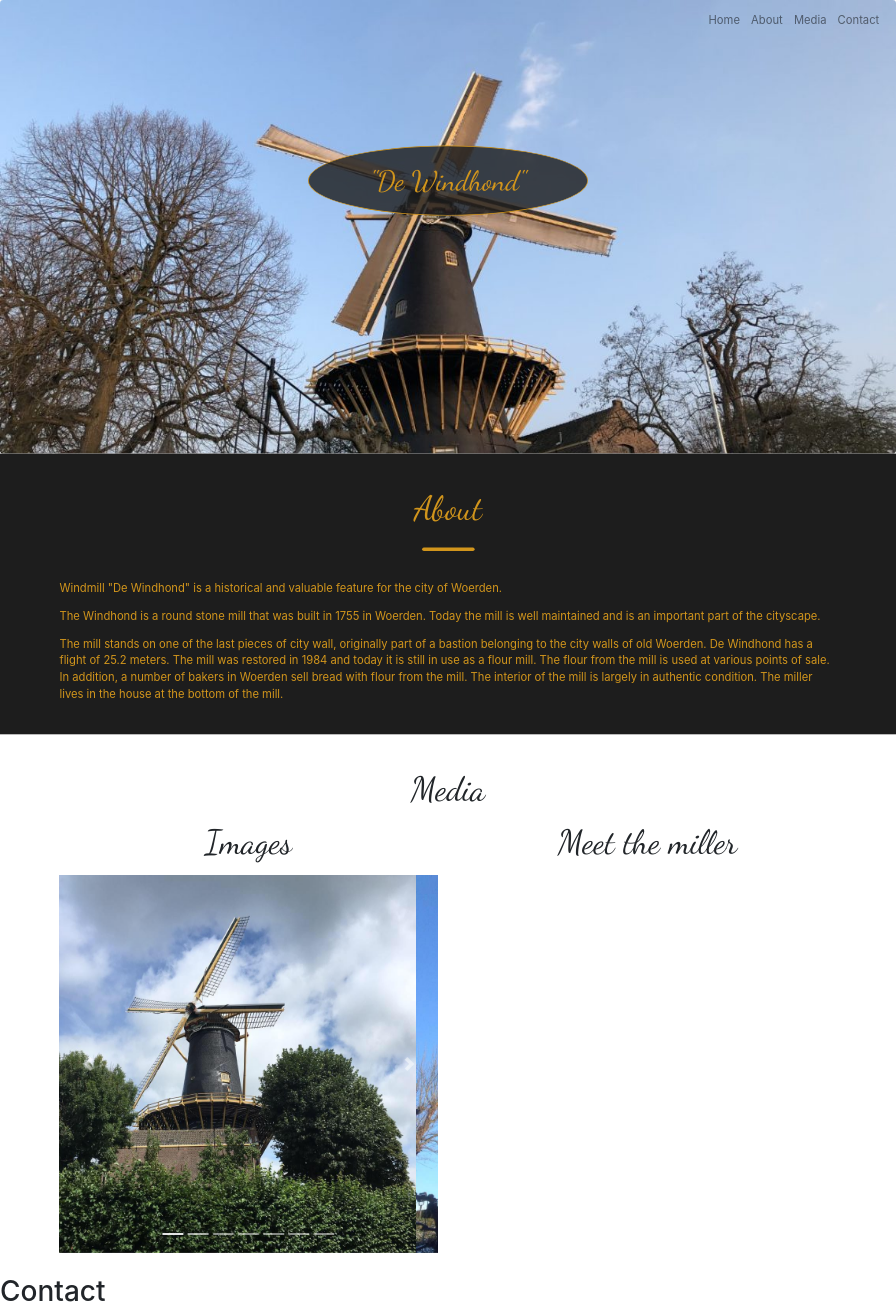
Repository: jdl208/DeWindhond
Page: index.html
The author's editor kept a record of every edit. The page is drawn from the files as they stood at one moment, then again after the next edit.
The browser window is 1280 px wide. The pictures show the whole page, at 70% of full size.
Pictures or frames that could not be fetched are drawn as grey boxes. Some web libraries are served in a nearby version.

Above is the page before.

### index.html
<!DOCTYPE html>
<html lang="en">

<head>
    <meta charset="UTF-8">
    <meta name="viewport" content="width=device-width, initial-scale=1.0">
    <meta http-equiv="X-UA-Compatible" content="ie=edge">
    <title>Windmill "De Windhond"</title>
    <link rel="stylesheet" href="https://stackpath.bootstrapcdn.com/bootstrap/4.3.1/css/bootstrap.min.css" integrity="sha384-ggOyR0iXCbMQv3Xipma34MD+dH/1fQ784/j6cY/iJTQUOhcWr7x9JvoRxT2MZw1T" crossorigin="anonymous">
    <link href="https://fonts.googleapis.com/css?family=Dancing+Script:400,700&display=swap" rel="stylesheet">
    <link rel="stylesheet" href="assets/css/style.css" type="text/css" />

</head>

<body>

    <!-- Header and Navigation-->

    <header class="jumbotron" id="home">
        <nav class="navbar fixed-top navbar-expand-lg navbar-light">
            <div class="navbar-brand" href="#"></div>
            <button class="navbar-toggler" type="button" data-toggle="collapse" data-target="#navbarTogglerDemo02" aria-controls="navbarTogglerDemo02" aria-expanded="false" aria-label="Toggle navigation">
                <span class="navbar-toggler-icon"></span>
            </button>

            <div class="collapse navbar-collapse" id="navbarTogglerDemo02">
                <ul class="navbar-nav ml-auto mt-2 mt-lg-0">
                    <li class="nav-item ml-auto">
                        <a class="nav-link" href="#home">Home <span class="sr-only">(current)</span></a>
                    </li>
                    <li class="nav-item ml-auto">
                        <a class="nav-link" href="#about">About</a>
                    </li>
                    <li class="nav-item ml-auto">
                        <a class="nav-link" href="#media">Media</a>
                    </li>
                    <li class="nav-item ml-auto">
                        <a class="nav-link" href="#contact">Contact</a>
                    </li>
                </ul>
            </div>
        </nav>
        <h1 class="name">"De Windhond"
        </h1>
    </header>

    <!-- About the Mill -->

    <section class="dark-bg sectioncontainer" id="about">
        <div class="container about">
            <h2>About</h2>
            <hr class="block-divider yellow-divider">
            <p>Windmill "De Windhond" is a historical and valuable feature for the city of Woerden.</P>
            <p>The Windhond is a round stone mill that was built in 1755 in Woerden. Today the mill is well maintained and is an important part of the cityscape.</p>
            <p>The mill stands on one of the last pieces of city wall, originally part of a bastion belonging to the city walls of old Woerden. De Windhond has a flight of 25.2 meters. The mill was restored in 1984 and today it is still in use as a flour
                mill. The flour from the mill is used at various points of sale. In addition, a number of bakers in Woerden sell bread with flour from the mill. The interior of the mill is largely in authentic condition. The miller lives in the house
                at the bottom of the mill.
            </p>
        </div>
    </section>

    <section id="media" class="sectioncontainer mediabox">
        <div class="container ">
            <H2>Media</H2>
            <div class="row">
                <div class="col-md-6 imagebox">
                    <h3>Images</h3>
                    <div id="carouselExampleIndicators" class="carousel slide mediacarroussel" data-ride="carousel">
                        <ol class="carousel-indicators">
                            <li data-target="#carouselExampleIndicators" data-slide-to="0" class="active"></li>
                            <li data-target="#carouselExampleIndicators" data-slide-to="1"></li>
                            <li data-target="#carouselExampleIndicators" data-slide-to="2"></li>
                            <li data-target="#carouselExampleIndicators" data-slide-to="3"></li>
                            <li data-target="#carouselExampleIndicators" data-slide-to="4"></li>
                            <li data-target="#carouselExampleIndicators" data-slide-to="5"></li>
                            <li data-target="#carouselExampleIndicators" data-slide-to="6"></li>
                        </ol>
                        <div class="carousel-inner">
                            <div class="carousel-item active">
                                <img src="assets/images/img1.jpg" class="d-block" alt="...">
                            </div>
                            <div class="carousel-item">
                                <img src="assets/images/img2.jpg" class="d-block" alt="...">
                            </div>
                            <div class="carousel-item">
                                <img src="assets/images/img3.jpg" class="d-block" alt="...">
                            </div>
                            <div class="carousel-item">
                                <img src="assets/images/img4.jpg" class="d-block" alt="...">
                            </div>
                            <div class="carousel-item">
                                <img src="assets/images/img5.jpg" class="d-block" alt="...">
                            </div>
                            <div class="carousel-item">
                                <img src="assets/images/img6.jpg" class="d-block" alt="...">
                            </div>
                            <div class="carousel-item">
                                <img src="assets/images/img7.jpg" class="d-block" alt="...">
                            </div>
                        </div>
                        <a class="carousel-control-prev" href="#carouselExampleIndicators" role="button" data-slide="prev">
                        <span class="carousel-control-prev-icon" aria-hidden="true"></span>
                        <span class="sr-only">Previous</span>
                    </a>
                        <a class="carousel-control-next" href="#carouselExampleIndicators" role="button" data-slide="next">
                        <span class="carousel-control-next-icon" aria-hidden="true"></span>
                        <span class="sr-only">Next</span>
                    </a>
                    </div>
                </div>
                <div class="col-md-6">
                    <h3>Meet the miller</h3>
                    <iframe width="100%" height="315" src="https://www.youtube.com/embed/lAjF5r5rAqM" frameborder="0" allow="accelerometer; autoplay; encrypted-media; gyroscope; picture-in-picture" allowfullscreen></iframe>
                </div>
            </div>
        </div>
    </section>
    <section class="contact">
    <h1>Contact</h1>

    </section>

    <script src="https://code.jquery.com/jquery-3.3.1.slim.min.js" integrity="sha384-q8i/X+965DzO0rT7abK41JStQIAqVgRVzpbzo5smXKp4YfRvH+8abtTE1Pi6jizo" crossorigin="anonymous"></script>
    <script src="https://cdnjs.cloudflare.com/ajax/libs/popper.js/1.14.7/umd/popper.min.js" integrity="sha384-UO2eT0CpHqdSJQ6hJty5KVphtPhzWj9WO1clHTMGa3JDZwrnQq4sF86dIHNDz0W1" crossorigin="anonymous"></script>
    <script src="https://stackpath.bootstrapcdn.com/bootstrap/4.3.1/js/bootstrap.min.js" integrity="sha384-JjSmVgyd0p3pXB1rRibZUAYoIIy6OrQ6VrjIEaFf/nJGzIxFDsf4x0xIM+B07jRM" crossorigin="anonymous"></script>
    <script src="https://kit.fontawesome.com/70761e8d6e.js"></script>

</body>

</html>

### assets/css/style.css
@import url('https://fonts.googleapis.com/css?family=Dancing+Script:400,700&display=swap');

/* ---------------------------------------------- Colors */

.dark-bg {
    color: rgb(209, 149, 28);
    background-color: rgba(29, 29, 29, 1);
}
.light-bg {
    background-color: rgb(209, 149, 28);
    color: rgb(29, 29, 29);
}
.block-divider {
    width: 75px;
    height: 5px;
    border: 0;
    border-radius: 15px;
    margin-bottom: 40px;
}

.yellow-divider {
        background-color: rgb(209, 149, 28);
}

.dark-divider {
        background-color: rgb(29, 29, 29);
}

/* ---------------------------------------------- Heading */

h2,
h3 {
    font-family: "dancing script";
    text-align: center;
    font-size: 3rem;
    padding-bottom: 10px;
}

/* ---------------------------------------------- Header and navbar */

.navbar {
    background: none;
}

.navbar-light {
    color: rgba(29, 29, 29, 1);
}

.jumbotron {
    height: 90vh;
    background: url(../images/mill-outside-full.jpg);
    background-position: top;
    background-size: cover;
    background-repeat: no-repeat;
    margin-bottom: 0;
}

.name {
    color: rgb(209, 149, 28);
    background-color: rgba(29, 29, 29, 0.8);
    border: rgb(209, 149, 28) solid 1px;
    height: 100px;
    width: 400px;
    max-width: 75vw;
    padding-top: 25px;
    border-radius: 100%;
    margin: auto;
    margin-top: 20vh;
    text-align: center;
    font-family: "dancing script";
}

/* ---------------------------------------------- About */

/* ---------------------------------------------- Media */

.carousel-item {
    height: 75vh;
    background-color: rgba(29, 29, 29, 0.2);
}

.sectioncontainer {
    padding-top: 50px;
    padding-bottom: 30px;
}

.carousel-item img {
    margin: auto;
    height: 75vh;
}

After the next edit:
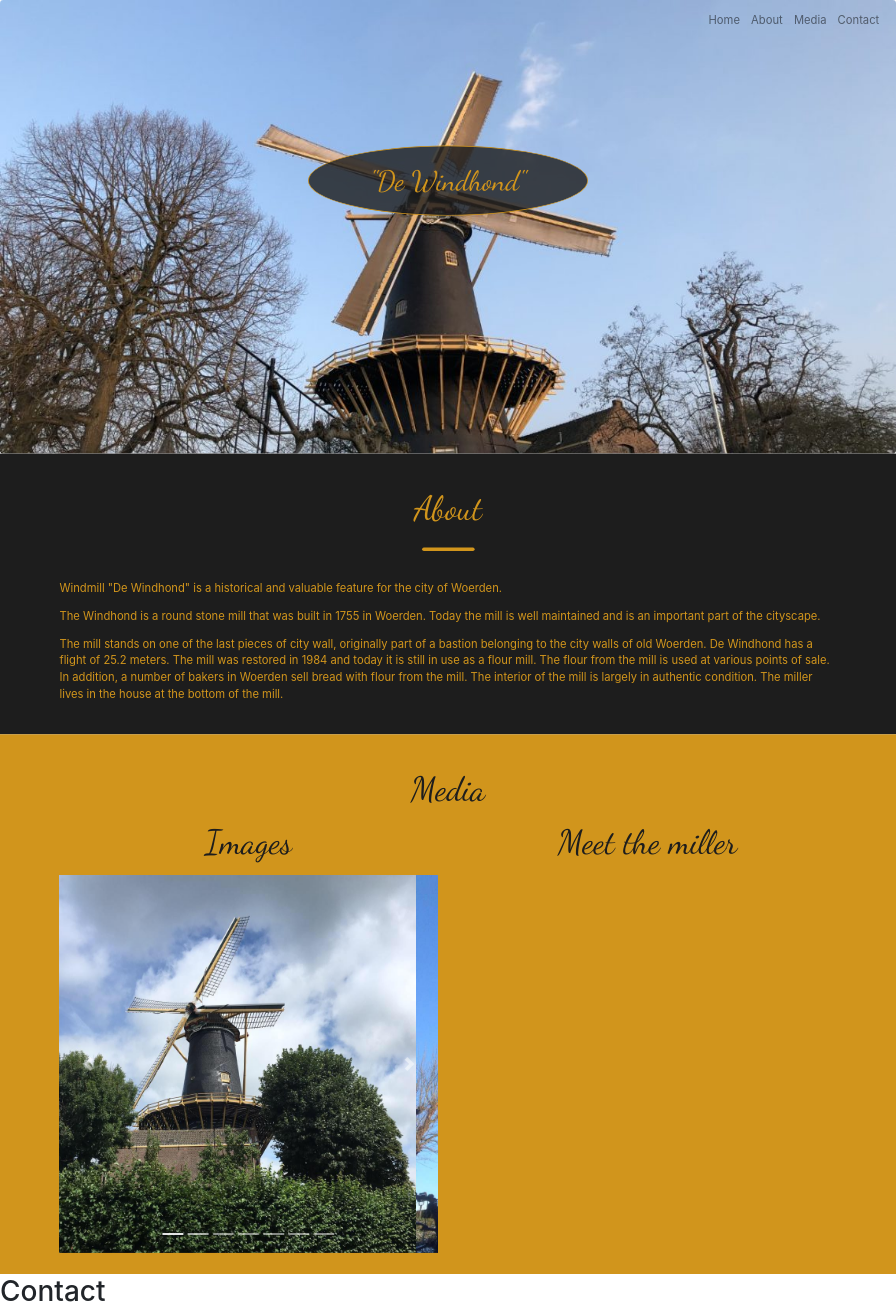
The edit:
--- a/index.html
+++ b/index.html
@@ -59,7 +59,7 @@
         </div>
     </section>
 
-    <section id="media" class="sectioncontainer mediabox">
+    <section id="media" class="sectioncontainer light-bg mediabox">
         <div class="container ">
             <H2>Media</H2>
             <div class="row">
